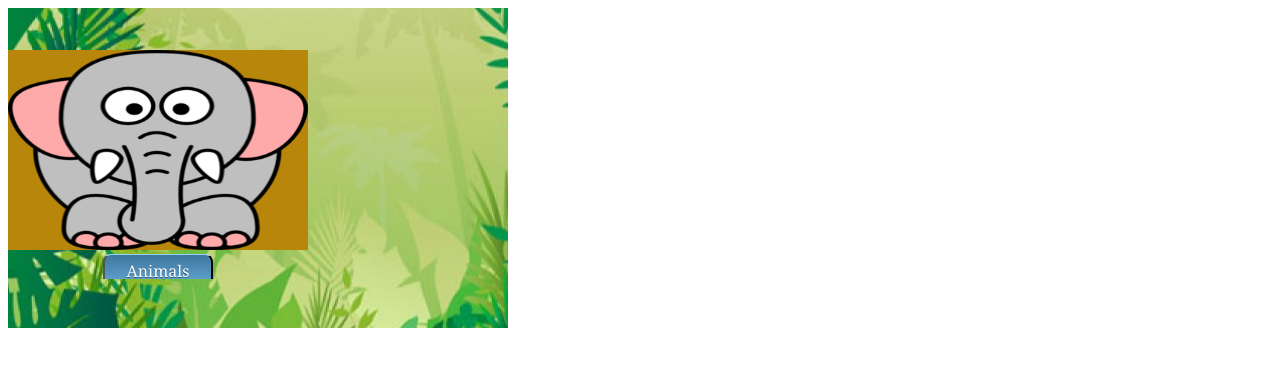
Repository: RathipriyaChandrasekaran/dotlite
Page: ConnectDots/menupage.html
These files come from the project's save history. The page is drawn as it stood at one moment and after the next save; the edit follows.
The browser window is 1280 px wide. The pictures show the whole page.

Above is the page before, as saved 2014-12-14 17:31:06.

After the next save:
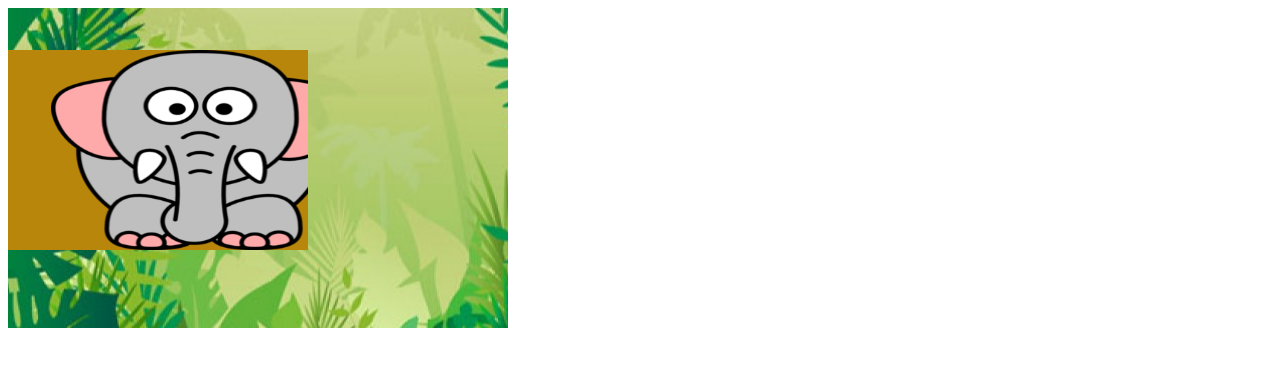
Saved 99 s later.
--- a/ConnectDots/css/appstyle.css
+++ b/ConnectDots/css/appstyle.css
@@ -118,7 +118,7 @@
 
 /**/
 .filmstrip>div {
-  width:300px;
+  width:500px !important;
   display:inline-block;
   text-align:center;
 }
